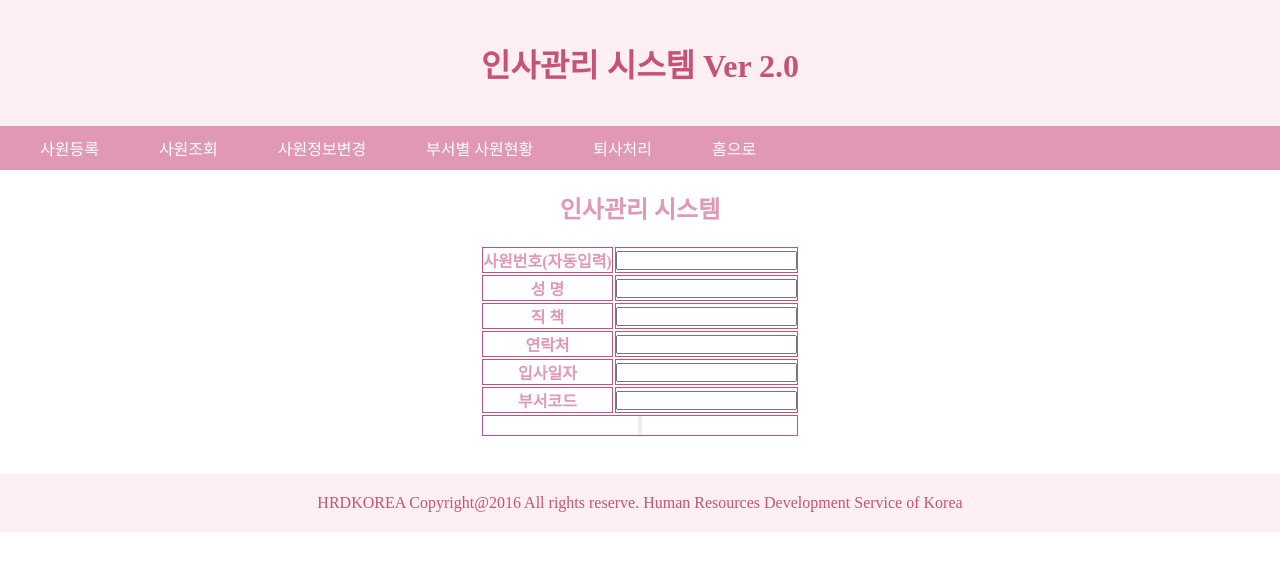
Repository: SeolhwaPark/JSL40_HRDKOREA
Page: http://localhost/HRD_0429/insert.jsp
These files come from the project's save history. The page is drawn as it stood at one moment and after the next save; the edit follows.
The browser window is 1280 px wide. The pictures show the whole page.
The page is served by Tomcat 9.

Above is the page before, as saved 2020-04-29 05:01:39.

After the next save:
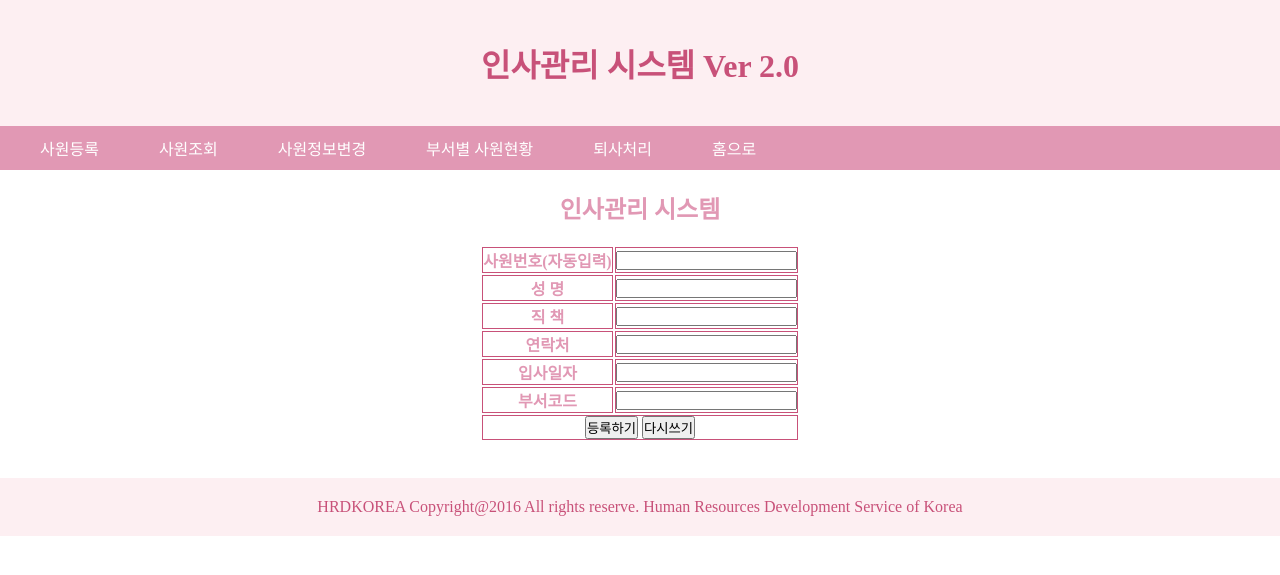
Saved 81 s later.
--- a/HRD_0429/WebContent/insert.jsp
+++ b/HRD_0429/WebContent/insert.jsp
@@ -68,32 +68,33 @@ function del() {
 				</tr>
 				<tr>
 					<th>성 명</th>
-					<td><input type="text" name="sawon" value="">
+					<td><input type="text" name="name" value="">
 					</td>
 				</tr>
 				<tr>
 					<th>직 책</th>
-					<td><input type="text" name="sawon" value="">
+					<td><input type="text" name="duty" value="">
 					</td>
 				</tr>
 				<tr>
 					<th>연락처</th>
-					<td><input type="text" name="sawon" value="">
+					<td><input type="text" name="phone" value="">
 					</td>
 				</tr>
 				<tr>
 					<th>입사일자</th>
-					<td><input type="text" name="sawon" value="">
+					<td><input type="text" name="indate" value="">
 					</td>
 				</tr>
 				<tr>
 					<th>부서코드</th>
-					<td><input type="text" name="sawon" value="">
+					<td><input type="text" name="dcode" value="">
 					</td>
 				</tr>
 				<tr>
 					<td	colspan="2" class="btn_group">
-						<input type="button" value="" onClick="">
+						<input type="button" value="등록하기" onClick="send()">
+						<input type="button" value="다시쓰기" onClick="del()">
 					</td>
 				</tr>
 			</table>
